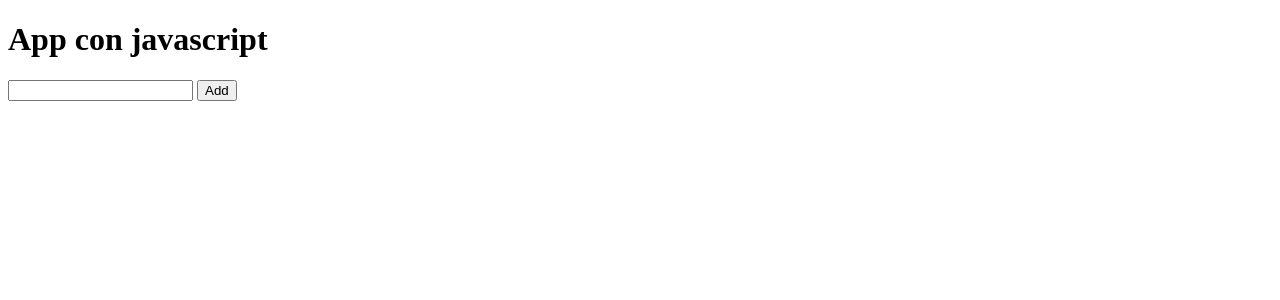
Repository: montsecg/nuclio-javascript-lecture-montse
Page: index.html
An editor plug-in stored every save of this project. The page is shown before and after the next save, followed by the edit.
The browser window is 1280 px wide. The pictures show the whole page.

Above is the page before, as saved 2021-04-15 21:25:32.

After the next save:
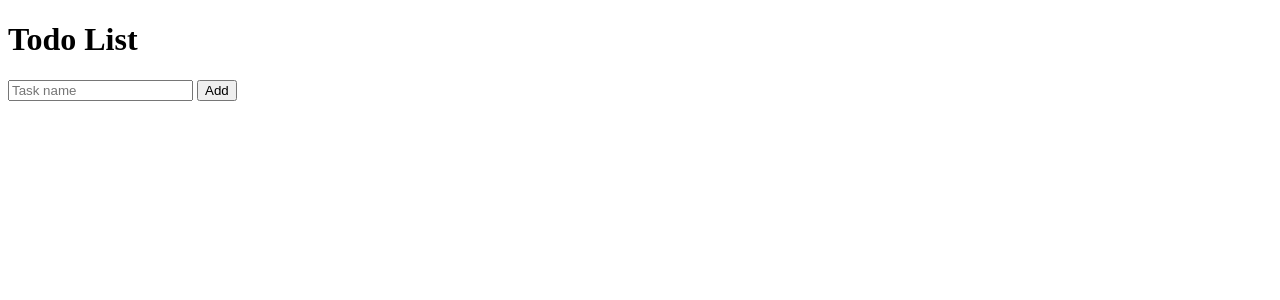
Saved 37 s later.
--- a/index.html
+++ b/index.html
@@ -11,8 +11,8 @@
 </head>
 <body> <!--tiene contenido de la página-->
 
-    <h1 class= "title">App con javascript</h1>
-    <input placeholder= "" type="text">
+    <h1 class= "title">Todo List</h1>
+    <input placeholder= "Task name" type="text">
     <button>Add</button>
 
 
